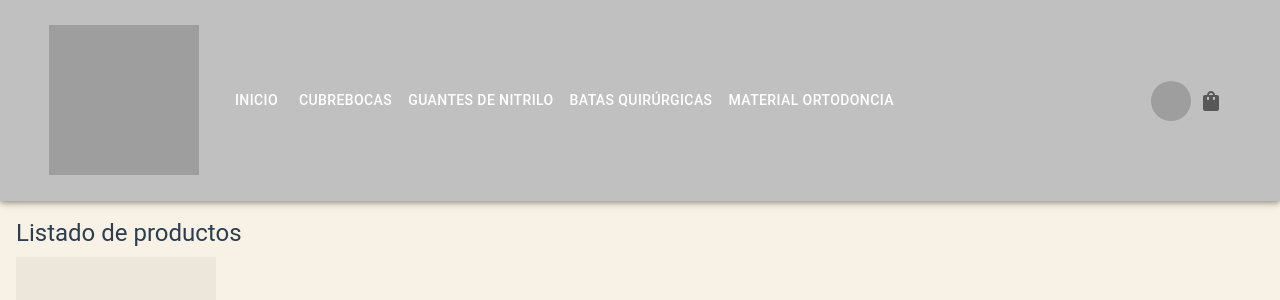
Repository: SebastianPineiro10/ecommerce-coderhouse
Page: /
These files come from the project's save history. The page is drawn as it stood at one moment and after the next save; the edit follows.
The browser window is 1280 px wide. The pictures show the whole page.
Pictures or frames that could not be fetched are drawn as grey boxes. The page's requests for data from a server got no answer. The project was rebuilt for these pictures with package versions that can differ from the ones it lists, and the page was loaded fresh each time. No one was signed in, and anything a server would have sent is missing. Also part of the build but not shown: vite.config.js, src/components/common/card/productcard.css, src/components/common/card/ProductCard.jsx, src/components/pages/ItemListContainer/ItemList.jsx, src/components/pages/ItemDetail/ItemDetail.jsx, src/components/pages/ItemDetail/ItemDetailContainer.jsx, src/components/pages/cart/CartContainer.jsx.

Above is the page before, as saved 2024-11-07 02:37:16.

### index.html
<!doctype html>
<html lang="en">
  <head>
    <meta charset="UTF-8" />
    <link rel="icon" type="favicon" href="/public/favicon.ico" />
    <meta name="viewport" content="width=device-width, initial-scale=1.0" />
    <title>SP Depósito Dental</title>
    <meta name="description" content="Bienvenido a SP Depósito Dental, su tienda de confianza para productos dentales." />
    <meta name="keywords" content="dental, productos dentales, tienda, e-commerce" />

  </head>
  <body>
    <div id="root"></div>
    <script type="module" src="/src/main.jsx"></script>
  </body>
</html>

### src/main.jsx
import { createRoot } from 'react-dom/client'
import App from './App.jsx'
import './index.css'


createRoot(document.getElementById("root")).render(<App />);

### src/App.jsx
import { BrowserRouter } from 'react-router-dom';
import { Routes, Route } from 'react-router-dom';
import { CartProvider } from './context/CartContext';
import NavBar from './components/layout/navbar/NavBar';
import {ItemListContainer} from './components/pages/ItemListContainer/ItemListContainer';
import ItemDetailContainer from './components/pages/ItemDetail/ItemDetailContainer';
import CartContainer from './components/pages/cart/CartContainer';
import { Toaster } from 'sonner';


const App = () => {
  return (
    <CartProvider>
      <BrowserRouter>
      <Toaster duration={2000} richColors position="bottom-right" />
        <NavBar />
        <Routes>
          <Route
            path="/"
            element={<ItemListContainer greeting="¡Hola! Bienvenido a SP Deposito Dental, tu proveedor de productos odontológicos de confianza." />}
          />
          <Route path="/category/:categoryId" element={<ItemListContainer />} />
          <Route path="/item/:itemId" element={<ItemDetailContainer />} />
          <Route path="/cart" element={<CartContainer />} />
          <Route path="*" element={<h2>404 not found</h2>} />
        </Routes>
      </BrowserRouter>
    </CartProvider>
  );
};

export default App;

### src/index.css
body {
  background-color: #F8F1E5;
  margin: 0;
  font-family: 'Roboto', sans-serif;
  color: #2C3E50;
}

### src/context/CartContext.jsx
import { createContext, useState, useContext } from 'react';
import PropTypes from 'prop-types'; // Importamos PropTypes
import { toast } from "sonner";// Importamos el hook de notificación

// Creamos el contexto del carrito
const CartContext = createContext();

// Componente proveedor del carrito
export const CartProvider = ({ children }) => {
  const [cart, setCart] = useState([]);

  // Agregar al carrito
  const addToCart = (product) => {
    setCart((prevCart) => {
      const productIndex = prevCart.findIndex((item) => item.id === product.id);
      if (productIndex >= 0) {
        // Si el producto ya está en el carrito, actualizamos la cantidad
        const updatedCart = [...prevCart];
        updatedCart[productIndex].quantity += 1;
        toast.success(`${product.title} ha sido añadido al carrito`); // Mostrar notificación
        return updatedCart;
      }
      // Si el producto no está en el carrito, lo agregamos con una cantidad inicial de 1
      toast.success(`${product.title} ha sido añadido al carrito`); // Mostrar notificación
      return [...prevCart, { ...product, quantity: 1 }];
    });
  };

  // Eliminar un producto del carrito
  const removeFromCart = (productId) => {
    setCart((prevCart) => prevCart.filter((item) => item.id !== productId));
    toast.error('Producto eliminado del carrito'); // Mostrar notificación de eliminación
  };

  // Actualizar la cantidad de un producto
  const updateQuantity = (productId, quantity) => {
    setCart((prevCart) => {
      return prevCart.map((item) =>
        item.id === productId ? { ...item, quantity: Math.max(1, quantity) } : item // Evitar cantidades negativas
      );
    });
    toast.info('Cantidad actualizada'); // Mostrar notificación de actualización
  };

  // Obtener el total del carrito (sumar el total de los productos)
  const getTotal = () => {
    return cart.reduce((total, item) => total + item.price * item.quantity, 0);
  };

  // Obtener la cantidad total de productos en el carrito
  const getTotalQuantity = () => {
    return cart.reduce((total, item) => total + item.quantity, 0);
  };

  return (
    <CartContext.Provider value={{ cart, addToCart, removeFromCart, updateQuantity, getTotal, getTotalQuantity }}>
      {children}
    </CartContext.Provider>
  );
};

// Validación de las props para el componente CartProvider
CartProvider.propTypes = {
  children: PropTypes.node.isRequired, // Aseguramos que 'children' sea un nodo de React
};

// Hook personalizado para acceder al carrito
export const useCart = () => {
  return useContext(CartContext);
};

### src/components/layout/navbar/NavBar.jsx
import * as React from 'react';
import AppBar from '@mui/material/AppBar';
import Box from '@mui/material/Box';
import Toolbar from '@mui/material/Toolbar';
import IconButton from '@mui/material/IconButton';
import Typography from '@mui/material/Typography';
import Menu from '@mui/material/Menu';
import MenuIcon from '@mui/icons-material/Menu';
import Container from '@mui/material/Container';
import Avatar from '@mui/material/Avatar';
import Button from '@mui/material/Button';
import Tooltip from '@mui/material/Tooltip';
import MenuItem from '@mui/material/MenuItem';
import CartWidget from '../../common/cartWidget/Cartwidget';
import { NavLink } from 'react-router-dom';
import "./Navbar.css";

const pages = [
  { name: 'Inicio', route: '/' },
  { name: 'Cubrebocas', route: '/category/cubrebocas' },
  { name: 'Guantes de Nitrilo', route: '/category/guantes' },
  { name: 'Batas Quirúrgicas', route: '/category/batas' },
  { name: 'Material ortodoncia', route: '/category/ortodoncia'},

];
const settings = ['Mi Perfil', 'Cuenta', 'Mis Compras', 'Cerrar sesión', 'Buscar'];

function ResponsiveAppBar() {
  const [anchorElNav, setAnchorElNav] = React.useState(null);
  const [anchorElUser, setAnchorElUser] = React.useState(null);

  const handleOpenNavMenu = (event) => {
    setAnchorElNav(event.currentTarget);
  };

  const handleOpenUserMenu = (event) => {
    setAnchorElUser(event.currentTarget);
  };

  const handleCloseNavMenu = () => {
    setAnchorElNav(null);
  };

  const handleCloseUserMenu = () => {
    setAnchorElUser(null);
  };

  return (
    <AppBar position="static">
      <Container maxWidth="xl">
        <Toolbar disableGutters>
          <Box sx={{ display: 'flex', flexDirection: 'column', alignItems: 'center', mr: 3.5 }}>
            <img
              src="https://res.cloudinary.com/dcerhiol0/image/upload/v1730231790/file_9_jmsjn0.png"
              alt="Logo"
              style={{ height: '150px', marginBottom: '1px', width: '150px' }}
            />
            <Typography
              variant="caption"
              noWrap
              component={NavLink}
              to="/"
              sx={{
                fontFamily: 'monospace',
                fontWeight: 700,
                letterSpacing: '.3rem',
                color: 'inherit',
                textDecoration: 'none',
              }}
            >

            </Typography>
          </Box>


          <Box sx={{ flexGrow: 1, display: { xs: 'flex', md: 'none' }, justifyContent: 'center', gap: 5 }}>
            <IconButton
              size="large"
              aria-label="menu"
              aria-controls="menu-appbar"
              aria-haspopup="true"
              onClick={handleOpenNavMenu}
              color="inherit"
            >
              <MenuIcon />
            </IconButton>
            <Menu
              id="menu-appbar"
              anchorEl={anchorElNav}
              anchorOrigin={{ vertical: 'bottom', horizontal: 'left' }}
              keepMounted
              transformOrigin={{ vertical: 'top', horizontal: 'left' }}
              open={Boolean(anchorElNav)}
              onClose={handleCloseNavMenu}
              sx={{ display: { xs: 'block', md: 'none' } }}
            >
              {pages.map((page) => (
                <MenuItem key={page.name} onClick={handleCloseNavMenu}>
                  <Typography textAlign="center">
                    <NavLink to={page.route} style={{ textDecoration: 'none', color: 'inherit' }}>{page.name}</NavLink>
                  </Typography>
                </MenuItem>
              ))}
            </Menu>
          </Box>


          <Box sx={{ flexGrow: 1, display: { xs: 'none', md: 'flex' } }}>
            {pages.map((page) => (
              <Button
                key={page.name}
                onClick={handleCloseNavMenu}
                component={NavLink}
                to={page.route}
                sx={{ my: 2, color: 'white', display: 'block' }}
              >
                {page.name}
              </Button>
            ))}
          </Box>


          <Box sx={{ flexGrow: 0 }}>
            <Tooltip title="Abrir ajustes">
              <IconButton onClick={handleOpenUserMenu} sx={{ p: 0 }}>
                <Avatar alt="User Avatar" src="/static/images/avatar/2.jpg" />
              </IconButton>
            </Tooltip>
            <Menu
              sx={{ mt: '45px' }}
              id="menu-appbar"
              anchorEl={anchorElUser}
              anchorOrigin={{ vertical: 'top', horizontal: 'right' }}
              keepMounted
              transformOrigin={{ vertical: 'top', horizontal: 'right' }}
              open={Boolean(anchorElUser)}
              onClose={handleCloseUserMenu}
            >
              {settings.map((setting) => (
                <MenuItem key={setting} onClick={handleCloseUserMenu}>
                  <Typography textAlign="center">{setting}</Typography>
                </MenuItem>
              ))}
            </Menu>
            <CartWidget itemCount={3} />
          </Box>
        </Toolbar>
      </Container>
    </AppBar>
  );
}

export default ResponsiveAppBar;

### src/components/pages/ItemListContainer/ItemListContainer.jsx
import { useState, useEffect } from "react";
import { useParams } from "react-router-dom";
import { collection, getDocs, query, where } from "firebase/firestore";
import { db } from "../../../firebaseConfig";
import { products } from "../../../products";
import ItemList from "./ItemList";
import { Skeleton, Box, Typography, Button } from "@mui/material";

export const ItemListContainer = () => {
  const { categoryId } = useParams();
  const [items, setItems] = useState([]);
  const [isAdmin, setIsAdmin] = useState(false); // Suponemos que eres un admin por ahora

  useEffect(() => {
    const fetchProducts = async () => {
      const productsCollection = collection(db, "products");
      let docsRef = productsCollection;

      if (categoryId) {
        docsRef = query(productsCollection, where("category", "==", categoryId));
      }

      const querySnapshot = await getDocs(docsRef);
      const productsFromFirestore = querySnapshot.docs.map((doc) => ({
        ...doc.data(),
        id: doc.id,
      }));
      setItems(productsFromFirestore);
    };

    fetchProducts();
  }, [categoryId]);

  const uploadProductsToFirestore = async () => {
    const productsCollection = collection(db, "products");

    // Subir productos de products.js a Firestore
    for (const product of products) {
      await addDoc(productsCollection, product);
    }
    alert("Productos subidos correctamente!");
  };

  return (
    <Box sx={{ padding: 2 }}>
      <Typography variant="h5" gutterBottom>
        Listado de productos
      </Typography>

      {/* Botón solo visible si esAdmin es true */}
      {isAdmin && (
        <Button
          variant="contained"
          color="primary"
          onClick={uploadProductsToFirestore}
          sx={{ marginBottom: 2 }}
        >
          Subir Productos a Firestore
        </Button>
      )}

      {items.length === 0 ? (
        <Skeleton variant="rectangular" width={200} height={100} />
      ) : (
        <ItemList items={items} />
      )}
    </Box>
  );
};

### src/components/common/cartWidget/Cartwidget.jsx
import { useCart } from '../../../context/CartContext'; // Usar el contexto del carrito
import { Link } from 'react-router-dom';
import IconButton from '@mui/material/IconButton';
import Badge from '@mui/material/Badge';
import ShoppingBagIcon from '@mui/icons-material/ShoppingBag';

const CartWidget = () => {
  const { cart } = useCart(); // Accedemos al carrito desde el contexto

  const itemCount = cart.reduce((total, item) => total + item.quantity, 0); // Contamos los productos en el carrito

  return (
    <Link to="/cart" style={{ textDecoration: 'none' }}>
      <IconButton aria-label="cart">
        <Badge badgeContent={itemCount} color="secondary">
          <ShoppingBagIcon />
        </Badge>
      </IconButton>
    </Link>
  );
};

export default CartWidget;

### src/components/layout/navbar/Navbar.css
.MuiAppBar-root {
    background-color: rgb(192, 192, 192) !important;
    box-shadow: 0px 2px 10px rgba(0, 0, 0, 0.1);
    position: fixed;
    top: 0;
    left: 0;
    width: 100%;
    z-index: 1100;

  }

  .MuiToolbar-root {
    display: flex;
    justify-content: space-between;
    align-items: center;
    padding: 25px;
    min-height: 64px;
  }

  .MuiToolbar-regular {
    display: flex;
    justify-content: space-between;
  }


  .MuiButton-root {
    margin-left: 10px;
    margin-right: 10px;
    padding: 10px 16px;
    transition: background-color 0.3s ease;

  }

  .MuiButton-root:hover {
      color: navy;
  }


.MuiMenu-paper {
    background-color:  rgb(192, 192, 192)!important;
    color: white !important;
}

### src/firebaseConfig.js
import { initializeApp } from "firebase/app";
import { getFirestore } from "firebase/firestore";

const firebaseConfig = {
  apiKey: "AIzaSyC5Se1O4vN5LkJy_RH-D4cGwR73BkMs0XU",
  authDomain: "backend-ecommercecoderhouse.firebaseapp.com",
  projectId: "backend-ecommercecoderhouse",
  storageBucket: "backend-ecommercecoderhouse.firebasestorage.app",
  messagingSenderId: "500308526062",
  appId: "1:500308526062:web:fb10676cea4e305534c4ff"
};

// Initialize Firebase
const app = initializeApp(firebaseConfig);
export const db = getFirestore(app)

### src/products.js
export let products = [
    {
      //id: 1,
      title: "Cubrebocas KN95",
      price: 50,
      description: "Cubrebocas desechables de alta protección.",
      imageUrl: "https://res.cloudinary.com/dcerhiol0/image/upload/v1730150333/file_5_oippvb.png",
      stock: 100,
      category: "cubrebocas",
    },
    {
      //id: 2,
      title: "Guantes de Nitrilo",
      price: 300,
      description: "Guantes de nitrilo resistentes para procedimientos médicos.",
      imageUrl: "https://res.cloudinary.com/dcerhiol0/image/upload/v1730150333/file_7_qvgccw.png",
      stock: 50,
      category: "guantes",
    },
    {
      //id: 3,
      title: "Batas Quirúrgicas",
      price: 200,
      description: "Batas quirúrgicas desechables.",
      imageUrl: "https://res.cloudinary.com/dcerhiol0/image/upload/v1730150336/file_1_eylzr3.png",
      stock: 30,
      category: "batas",
    },
    {
      //id: 4,
      title: "Kits de Blanqueamiento",
      price: 1500,
      description: "Kits para blanqueamiento dental profesional.",
      imageUrl: "https://res.cloudinary.com/dcerhiol0/image/upload/v1730150334/file_4_mtvpfl.png",
      stock: 20,
      category: "ortodoncia",
    },
    {
      //id: 5,
      title: "Cepillo Interdental",
      price: 100,
      description: "Cepillo interdental para limpieza de espacios entre dientes.",
      imageUrl: "https://res.cloudinary.com/dcerhiol0/image/upload/v1730150335/file_2_ry3cmc.png",
      stock: 75,
      category: "ortodoncia",
    },
    {
      //id: 6,
      title: "Brackets Metálicos",
      price: 2000,
      description: "Brackets metálicos de alta durabilidad.",
      imageUrl: "https://res.cloudinary.com/dcerhiol0/image/upload/v1730150332/file_8_s61hmc.png",
      stock: 40,
      category: "ortodoncia",
    },
    {
      //id: 7,
      title: "Brackets Cerámicos",
      price: 2500,
      description: "Brackets estéticos de cerámica.",
      imageUrl: "https://res.cloudinary.com/dcerhiol0/image/upload/v1730150334/file_3_bqiafo.png",
      stock: 35,
      category: "ortodoncia",
    },
    {
      //id: 8,
      title: "Alambre arco ortodoncia",
      price: 500,
      description: "Alambres de acero para ortodoncia.",
      imageUrl: "https://res.cloudinary.com/dcerhiol0/image/upload/v1730150336/file_yxl0zy.png",
      stock: 60,
      category: "ortodoncia",
    },
    {
      //id: 9,
      title: "Bandas Molares",
      price: 150,
      description: "Bandas para molar de ortodoncia.",
      imageUrl: "https://res.cloudinary.com/dcerhiol0/image/upload/v1730150333/file_6_vzixdy.png",
      stock: 80,
      category: "ortodoncia",
    },
  ];

After the next save:
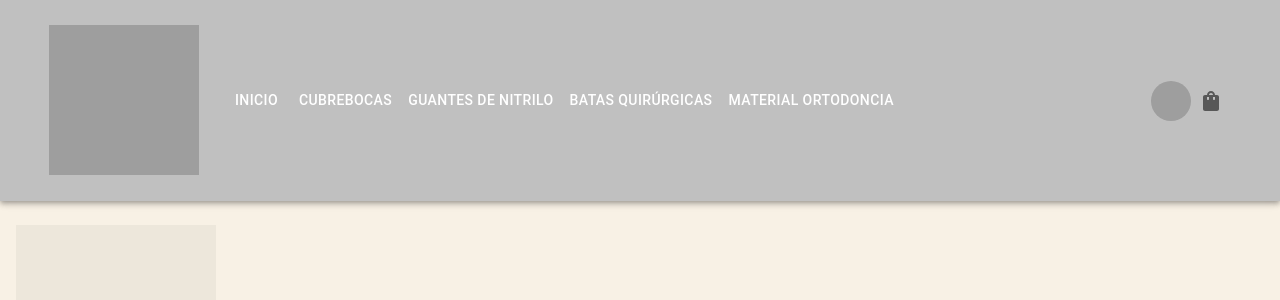
Saved 33 s later.
--- a/src/components/pages/ItemListContainer/ItemListContainer.jsx
+++ b/src/components/pages/ItemListContainer/ItemListContainer.jsx
@@ -44,7 +44,7 @@ export const ItemListContainer = () => {
   return (
     <Box sx={{ padding: 2 }}>
       <Typography variant="h5" gutterBottom>
-        Listado de productos
+
       </Typography>
 
       {/* Botón solo visible si esAdmin es true */}
